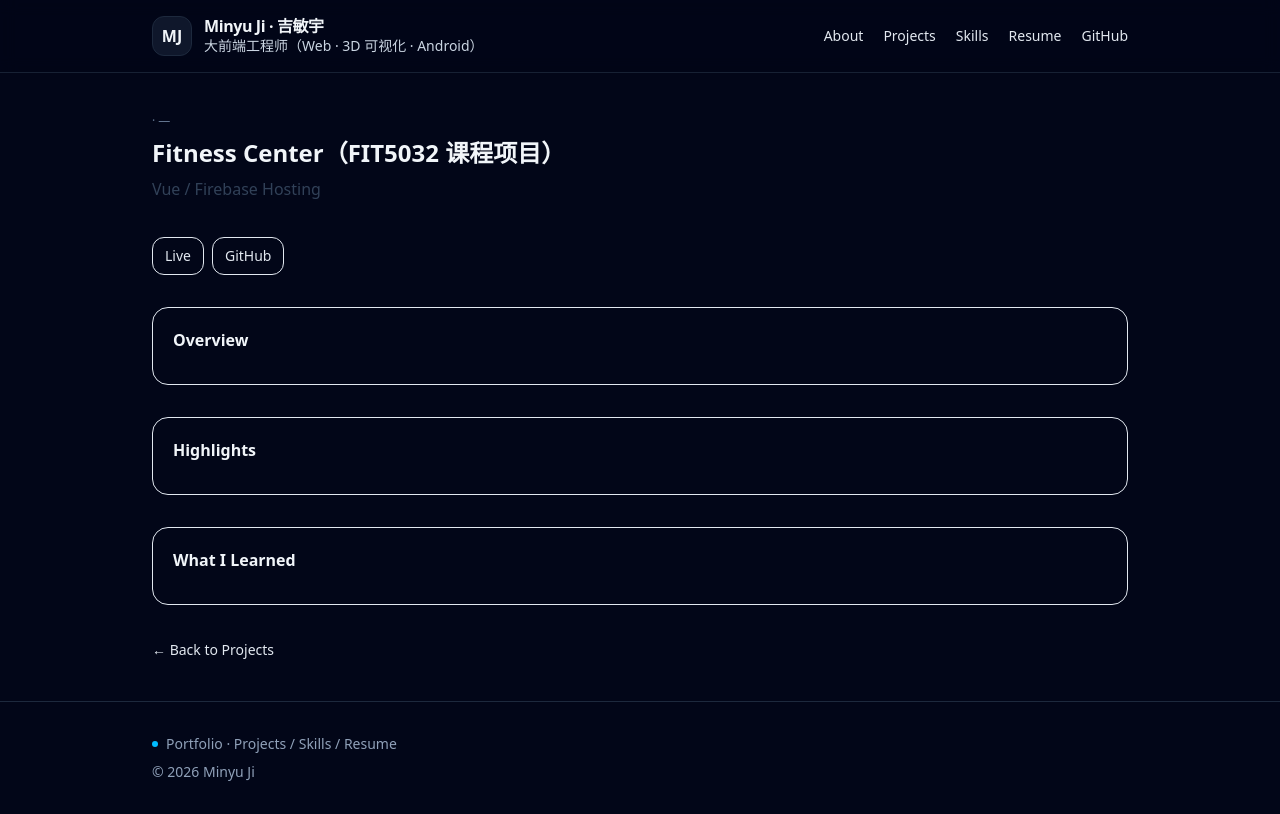
Repository: Andrew-JX/mj-portfolio
Page: /#/projects/fit5032-fitness-center
An editor plug-in stored every save of this project. The page is shown before and after the next save, followed by the edit.
The browser window is 1280 px wide. The pictures show the whole page.
The project was rebuilt for these pictures with package versions that can differ from the ones it lists, and the page was loaded fresh each time. Also part of the build but not shown: vite.config.ts, src/pages/AboutPage.vue, src/pages/ProjectsPage.vue, src/pages/SkillsPage.vue, src/pages/ResumePage.vue.

Above is the page before, as saved 2026-01-06 21:56:34.

### index.html
<!doctype html>
<html lang="en">
  <head>
    <meta charset="UTF-8" />
    <link rel="icon" type="image/svg+xml" href="/vite.svg" />
    <meta name="viewport" content="width=device-width, initial-scale=1.0" />
    <title>Minyu Ji · 吉敏宇 | Portfolio</title>
  </head>
  <body>
    <div id="app"></div>
    <script type="module" src="/src/main.ts"></script>
  </body>
</html>

### src/main.ts
import { createApp } from 'vue'
import './styles/app.css'
import App from './App.vue'
import router from './router'

createApp(App).use(router).mount('#app')

### src/styles/app.css
@import "tailwindcss";

:root {
  color-scheme: dark;
}

html, body {
  height: 100%;
}

body {
  @apply bg-slate-950 text-slate-100;
}

/* 统一链接/选中文本的观感 */
a {
  @apply text-slate-200 hover:text-white;
}

::selection {
  @apply bg-sky-500/30;
}

### src/App.vue
<template>
  <div class="min-h-screen">
    <header class="sticky top-0 z-50 border-b border-slate-800/80 bg-slate-950/70 backdrop-blur">
      <div class="mx-auto max-w-5xl px-6 py-4 flex items-center justify-between">
        <div class="flex items-center gap-3">
          <div
            class="h-10 w-10 rounded-xl bg-slate-900 border border-slate-800 flex items-center justify-center font-semibold">
            MJ
          </div>
          <div class="leading-tight">
            <div class="font-semibold tracking-tight">Minyu Ji · 吉敏宇</div>
            <div class="text-sm text-slate-300">大前端工程师（Web · 3D 可视化 · Android）</div>
          </div>
        </div>

        <nav class="flex items-center gap-5 text-sm">
          <RouterLink class="text-slate-300 hover:text-white" to="/">About</RouterLink>
          <RouterLink class="text-slate-300 hover:text-white" to="/projects">Projects</RouterLink>
          <RouterLink class="text-slate-300 hover:text-white" to="/skills">Skills</RouterLink>
          <RouterLink class="text-slate-300 hover:text-white" to="/resume">Resume</RouterLink>

          <a class="text-slate-300 hover:text-white" href="https://github.com/Andrew-JX/" target="_blank"
            rel="noreferrer">
            GitHub
          </a>
        </nav>
      </div>
    </header>

    <main class="mx-auto max-w-5xl px-6 py-10">
      <RouterView />
    </main>

    <footer class="border-t border-slate-800">
      <div class="mx-auto max-w-5xl px-6 py-8 text-sm text-slate-400 flex flex-col gap-2">
        <div class="flex items-center gap-2">
          <span class="inline-block h-1.5 w-1.5 rounded-full bg-sky-400"></span>
          <span>Portfolio · Projects / Skills / Resume</span>
        </div>
        <div>© {{ new Date().getFullYear() }} Minyu Ji</div>
      </div>
    </footer>
  </div>
</template>

### src/router/index.ts
import { createRouter, createWebHashHistory } from 'vue-router'
import AboutPage from '@/pages/AboutPage.vue'
import ProjectsPage from '@/pages/ProjectsPage.vue'
import ProjectDetailPage from '@/pages/ProjectDetailPage.vue'
import SkillsPage from '@/pages/SkillsPage.vue'
import ResumePage from '@/pages/ResumePage.vue'

const router = createRouter({
  history: createWebHashHistory(),
  routes: [
    { path: '/', component: AboutPage },
    { path: '/projects', component: ProjectsPage },
    { path: '/projects/:slug', component: ProjectDetailPage },
    { path: '/skills', component: SkillsPage },
    { path: '/resume', component: ResumePage },
  ],
  scrollBehavior() {
    return { top: 0 }
  },
})

export default router

### src/pages/ProjectDetailPage.vue
<script setup lang="ts">
import { computed } from 'vue'
import { useRoute, RouterLink } from 'vue-router'
import { projects } from '../data/projects'

const route = useRoute()
const project = computed(() => projects.find(p => p.slug === route.params.slug))
</script>

<template>
  <div v-if="project" class="space-y-8">
    <div class="space-y-2">
      <div class="text-xs text-slate-500">{{ project.type }} · {{ project.status ?? '—' }}</div>
      <h1 class="text-2xl font-semibold">{{ project.title }}</h1>
      <p class="text-slate-700">{{ project.subtitle }}</p>

      <div class="flex flex-wrap gap-2 pt-2">
        <span v-for="s in project.stack" :key="s" class="px-2.5 py-1 rounded-full text-xs border border-slate-200">
          {{ s }}
        </span>
      </div>

      <div class="flex flex-wrap gap-2 pt-3">
        <a v-if="project.links.live" class="px-3 py-2 rounded-xl text-sm border border-slate-200 hover:border-slate-300"
          :href="project.links.live" target="_blank" rel="noreferrer">Live</a>
        <a v-if="project.links.repo" class="px-3 py-2 rounded-xl text-sm border border-slate-200 hover:border-slate-300"
          :href="project.links.repo" target="_blank" rel="noreferrer">GitHub</a>
        <a v-if="project.links.video"
          class="px-3 py-2 rounded-xl text-sm border border-slate-200 hover:border-slate-300"
          :href="project.links.video" target="_blank" rel="noreferrer">Video</a>
      </div>
    </div>

    <section class="rounded-2xl border border-slate-200 p-5 space-y-3">
      <div class="font-semibold">Overview</div>
      <ul class="list-disc pl-5 text-sm text-slate-700 space-y-1">
        <li v-for="x in project.overview" :key="x">{{ x }}</li>
      </ul>
    </section>

    <section class="rounded-2xl border border-slate-200 p-5 space-y-3">
      <div class="font-semibold">Highlights</div>
      <ul class="list-disc pl-5 text-sm text-slate-700 space-y-1">
        <li v-for="x in project.highlights" :key="x">{{ x }}</li>
      </ul>
    </section>

    <section class="rounded-2xl border border-slate-200 p-5 space-y-3">
      <div class="font-semibold">What I Learned</div>
      <ul class="list-disc pl-5 text-sm text-slate-700 space-y-1">
        <li v-for="x in project.whatILearned" :key="x">{{ x }}</li>
      </ul>
    </section>

    <div>
      <RouterLink class="text-sm text-slate-700 hover:text-slate-950" to="/projects">← Back to Projects</RouterLink>
    </div>
  </div>

  <div v-else class="text-slate-700">
    Project not found.
  </div>
</template>

### src/data/projects.ts
import type { Project } from '@/types'

export const projects: Project[] = [
  {
    slug: 'real-scene-3d-platform',
    title: '实景三维数据管理平台（政企项目）',
    subtitle: 'WebGIS / 三维可视化（脱敏介绍）',
    period: '2024.08 - 2025.01',
    role: '前端开发实习生：三维交互组件封装 / 兼容性排障 / 接口联调',
    tech: ['Vue3', 'TypeScript', 'Cesium', 'EarthSDK', 'Pinia', 'Vue Router'],
    summary:
      '面向三维地理数据管理与分析的 Web 平台：多源三维数据加载、空间分析与业务可视化展示。',
    bullets: [
      '基于 Vue3 + Cesium + EarthSDK 实现地形测量、体积计算、角度分析等三维交互功能，并封装为独立组件（measure / volume / analysis），降低与业务页面耦合度，提升复用与维护效率。',
      '在 Cesium / EarthSDK / SuperMap 并存场景下排查版本兼容问题并进行接口差异适配，定位并解决 SDK 升级导致的渲染异常与 API 不兼容问题。',
      '对三维数据加载与渲染流程进行拆分与封装，提升可维护性；使用 Spring Boot 接口进行数据交互，参与接口联调与问题排查。',
    ],
    links: {
      live:'https://blog.csdn.net/weixin_51983847/article/details/142140218?spm=1001.2014.3001.5501'
    },
    note:
      '说明：政企项目不公开代码与数据，本页面仅展示脱敏职责与技术要点；后续可补充公开视频/GIF（不含敏感信息）。',
  },

  {
    slug: 'studysmart-android',
    title: 'StudySmart 学习助手 App',
    subtitle: 'Android / Kotlin / Jetpack Compose',
    role: '独立开发：功能实现 + 架构组织（MVVM）',
    tech: ['Kotlin', 'Jetpack Compose', 'Room', 'Retrofit', 'WorkManager', 'AlarmManager'],
    summary: '智能学习伴侣：任务规划、学习会话、进度追踪，支持学习提醒与后台任务。',
    bullets: [
      '基于 Kotlin + Jetpack Compose 开发移动端应用，采用 MVVM 架构组织 UI 与状态。',
      '使用 Room 实现本地数据持久化，Retrofit 进行网络请求。',
      '集成 WorkManager / AlarmManager 实现后台任务与学习提醒。',
    ],
    links: {
      repo: 'https://github.com/Andrew-JX/fit5046-studyapp.git',
      video: '把你云端视频链接粘贴到这里（后面你补）',
    },
    note: '建议：你上传一个 60~90 秒功能演示视频（登录/任务/番茄钟/进度）就够有说服力。',
  },

  {
    slug: 'fit5032-fitness-center',
    title: 'Fitness Center（FIT5032 课程项目）',
    subtitle: 'Vue / Firebase Hosting',
    role: '课程项目交付：页面与基础流程实现 + 在线部署',
    tech: ['Vue', 'Firebase Hosting'],
    summary: '课程大作业：完成可在线访问的 Web 应用，用于展示工程交付与部署能力。',
    bullets: [
      '完成课程要求的核心页面与基础流程（以项目实际实现为准，可在此补充：登录/表单/路由等）。',
      '部署到 Firebase Hosting，提供可访问链接，方便演示与验收。',
    ],
    links: {
      live: 'https://fit5032-fitness.web.app/',
      repo: 'https://github.com/Andrew-JX/fit5032-FitnessCenter.git',
    },
  },

  {
    slug: 'agri-recognition',
    title: '农产品自动识别系统（毕业设计）',
    subtitle: '前后端分离 + AI 推理',
    period: '2024.01 - 2024.04',
    role: '全栈实现：前端页面 + 后端 API + 模型推理联调',
    tech: ['Vue', 'Spring Boot', 'PyTorch', 'ResNet-18', 'RESTful API'],
    summary: '用户上传图片即可识别农产品类别，并支持溯源查询；Web 与微信小程序可访问。',
    bullets: [
      '前端使用 Vue 实现图片上传、识别结果展示与业务流程页面。',
      '后端基于 Spring Boot 提供 RESTful API，完成用户管理与数据交互。',
      '使用 PyTorch + ResNet-18 实现图像识别推理，前端通过接口获取识别结果；系统支持 Web 与微信小程序访问，形成完整业务闭环。',
    ],
    links: {},
    note: '如果你愿意后续补：模型推理接口的请求/响应示例、以及一段演示视频（更加分）。',
  },

  {
    slug: 'reservoir-3d-prototype',
    title: '水库三维可视化原型系统（Academic Prototype）',
    subtitle: 'Three.js / WebGL',
    role: '三维渲染与交互原型探索',
    tech: ['Three.js', 'WebGL', 'Ruoyi（集成）'],
    summary: '浏览器端三维场景渲染与基础交互，重点验证三维渲染流程与工程实践。',
    bullets: [
      '基于 Three.js + WebGL 实现浏览器端三维场景渲染与基础交互。',
      '调研并实践场景构建、相机控制、模型加载与渲染流程。',
      '使用 若依（Ruoyi）后台管理框架完成基础页面集成与数据管理（教学/原型性质）。',
    ],
    links: {},
  },
]

After the next save:
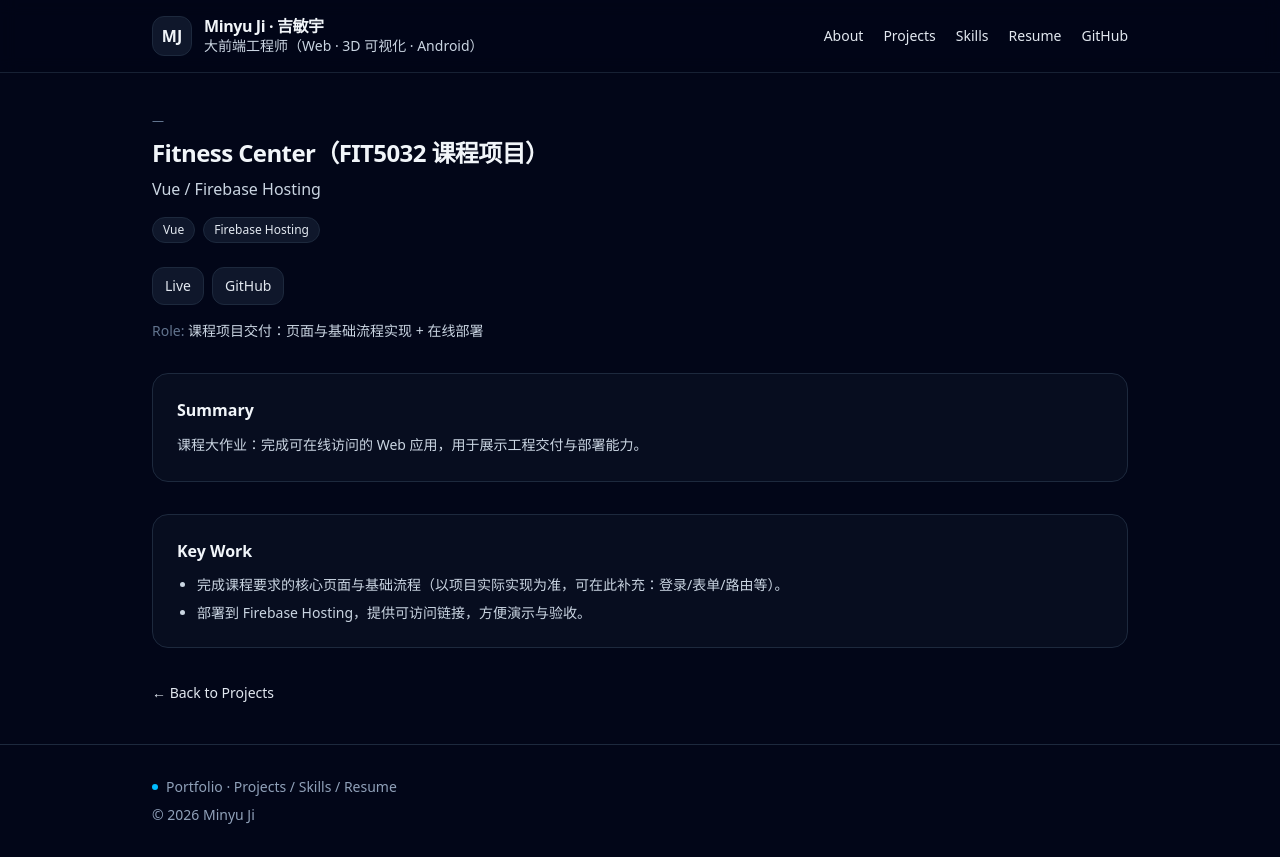
Saved 26 s later.
--- a/src/pages/ProjectDetailPage.vue
+++ b/src/pages/ProjectDetailPage.vue
@@ -10,54 +10,56 @@ const project = computed(() => projects.find(p => p.slug === route.params.slug))
 <template>
   <div v-if="project" class="space-y-8">
     <div class="space-y-2">
-      <div class="text-xs text-slate-500">{{ project.type }} · {{ project.status ?? '—' }}</div>
-      <h1 class="text-2xl font-semibold">{{ project.title }}</h1>
-      <p class="text-slate-700">{{ project.subtitle }}</p>
+      <div class="text-xs text-slate-500">{{ project.period ?? '—' }}</div>
+      <h1 class="text-2xl font-semibold tracking-tight">{{ project.title }}</h1>
+      <p class="text-slate-300">{{ project.subtitle }}</p>
 
       <div class="flex flex-wrap gap-2 pt-2">
-        <span v-for="s in project.stack" :key="s" class="px-2.5 py-1 rounded-full text-xs border border-slate-200">
-          {{ s }}
+        <span v-for="t in project.tech" :key="t"
+          class="px-2.5 py-1 rounded-full text-xs bg-slate-900 border border-slate-800 text-slate-200">
+          {{ t }}
         </span>
       </div>
 
-      <div class="flex flex-wrap gap-2 pt-3">
-        <a v-if="project.links.live" class="px-3 py-2 rounded-xl text-sm border border-slate-200 hover:border-slate-300"
+      <div class="flex flex-wrap gap-2 pt-4">
+        <a v-if="project.links.live"
+          class="px-3 py-2 rounded-xl text-sm border border-slate-800 bg-slate-900 hover:border-slate-700"
           :href="project.links.live" target="_blank" rel="noreferrer">Live</a>
-        <a v-if="project.links.repo" class="px-3 py-2 rounded-xl text-sm border border-slate-200 hover:border-slate-300"
+
+        <a v-if="project.links.repo"
+          class="px-3 py-2 rounded-xl text-sm border border-slate-800 bg-slate-900 hover:border-slate-700"
           :href="project.links.repo" target="_blank" rel="noreferrer">GitHub</a>
-        <a v-if="project.links.video"
-          class="px-3 py-2 rounded-xl text-sm border border-slate-200 hover:border-slate-300"
+
+        <a v-if="project.links.video && !String(project.links.video).includes('把你云端视频')"
+          class="px-3 py-2 rounded-xl text-sm border border-slate-800 bg-slate-900 hover:border-slate-700"
           :href="project.links.video" target="_blank" rel="noreferrer">Video</a>
+      </div>
+
+      <div class="pt-2 text-sm text-slate-300">
+        <span class="text-slate-500">Role:</span> {{ project.role }}
       </div>
     </div>
 
-    <section class="rounded-2xl border border-slate-200 p-5 space-y-3">
-      <div class="font-semibold">Overview</div>
-      <ul class="list-disc pl-5 text-sm text-slate-700 space-y-1">
-        <li v-for="x in project.overview" :key="x">{{ x }}</li>
+    <section class="rounded-2xl bg-slate-900/40 border border-slate-800 p-6 space-y-3">
+      <div class="font-semibold">Summary</div>
+      <p class="text-sm text-slate-300 leading-relaxed">{{ project.summary }}</p>
+    </section>
+
+    <section class="rounded-2xl bg-slate-900/40 border border-slate-800 p-6 space-y-3">
+      <div class="font-semibold">Key Work</div>
+      <ul class="list-disc pl-5 text-sm text-slate-300 space-y-2">
+        <li v-for="b in project.bullets" :key="b">{{ b }}</li>
       </ul>
     </section>
 
-    <section class="rounded-2xl border border-slate-200 p-5 space-y-3">
-      <div class="font-semibold">Highlights</div>
-      <ul class="list-disc pl-5 text-sm text-slate-700 space-y-1">
-        <li v-for="x in project.highlights" :key="x">{{ x }}</li>
-      </ul>
-    </section>
-
-    <section class="rounded-2xl border border-slate-200 p-5 space-y-3">
-      <div class="font-semibold">What I Learned</div>
-      <ul class="list-disc pl-5 text-sm text-slate-700 space-y-1">
-        <li v-for="x in project.whatILearned" :key="x">{{ x }}</li>
-      </ul>
+    <section v-if="project.note" class="rounded-2xl border border-sky-500/30 bg-sky-500/5 p-6">
+      <div class="text-sm text-slate-200 leading-relaxed">{{ project.note }}</div>
     </section>
 
     <div>
-      <RouterLink class="text-sm text-slate-700 hover:text-slate-950" to="/projects">← Back to Projects</RouterLink>
+      <RouterLink class="text-sm text-slate-300 hover:text-white" to="/projects">← Back to Projects</RouterLink>
     </div>
   </div>
 
-  <div v-else class="text-slate-700">
-    Project not found.
-  </div>
+  <div v-else class="text-slate-300">Project not found.</div>
 </template>
